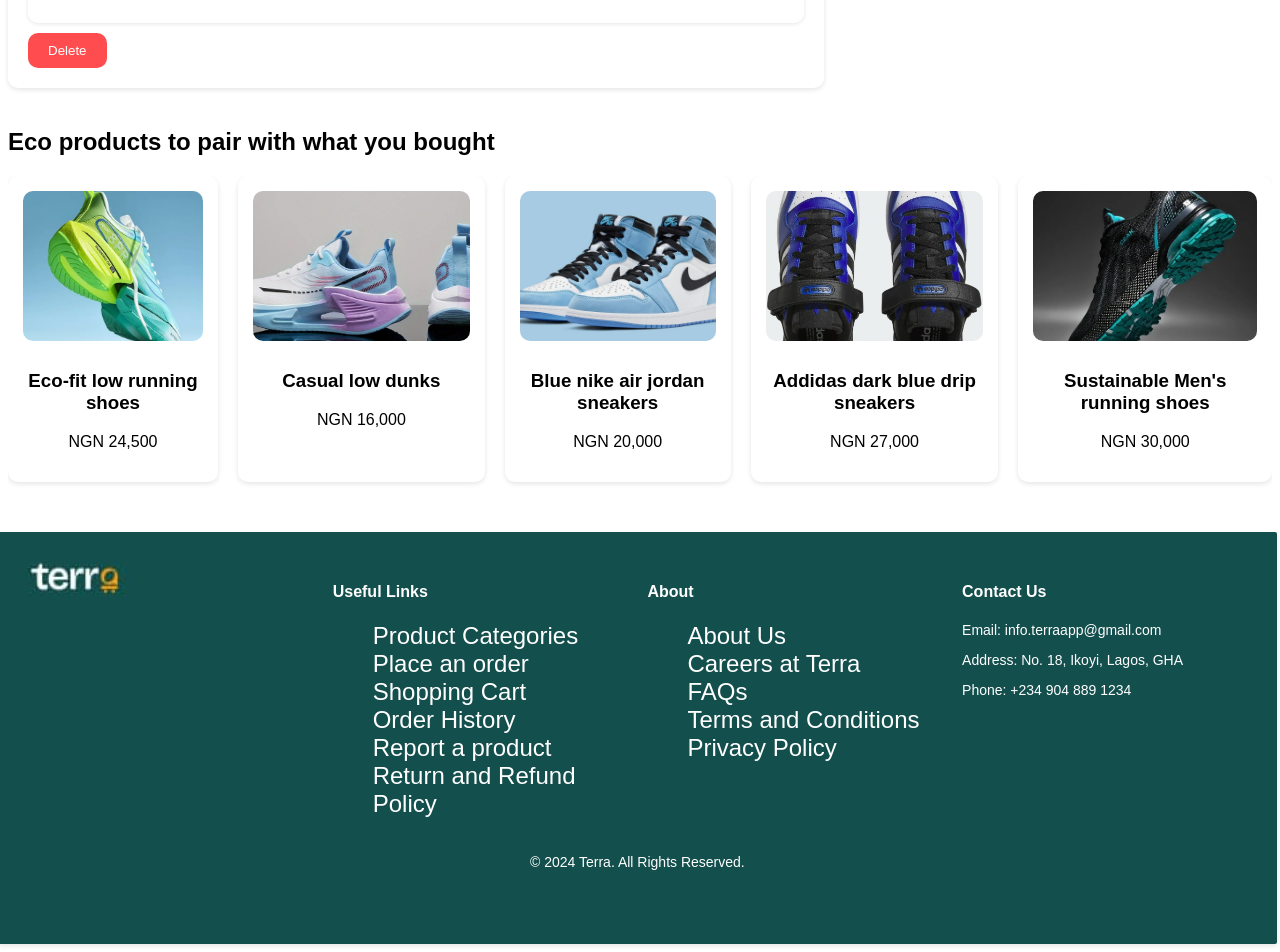
Repository: Femi007-gh/e-commerce
Page: index.html
The author's editor kept a copy of each file at every save. The page is drawn from the files as they stood at one save, then again after the next save.
The browser window is 1280 px wide. The pictures show the part of the page from y = 1208 to 2160 px (the page is 2160 px tall).
A picture or video elsewhere on the page could not be fetched, so the positions and the page height are approximate.

Above is the page before, as saved 2025-04-29 12:22:34.

### index.html
<html>
    <head>
      <title>Shopping Cart Page</title>
      <link rel="stylesheet" href="style.css">
    </head>
  <body>
    <header>
    <div class="div1">
<div class="top-bar">
  <div class="left">
    <div class="dropdown">
      <button class="dropbtn">Help</button>
    </div>
    <div class="dropdown">
      <button class="dropbtn">English ▼</button>
      <div class="dropdown-content">
        <a href="#">English</a>
        <a href="#">Japanese</a>
        <a href="#">Korean</a>
      </div>
    </div>
  </div>
  <div class="right">
    <div class="dropdown">
      <button class="dropbtn">Nigeria ▼</button>
      <div class="dropdown-content">
        <a href="#">Nigeria</a>
        <a href="#">USA</a>
        <a href="#">China</a>
        </div>
      </div>
     </div>
   </div>
  </div>

<nav class="nav-bar">
  <div class="logo"><img src="terra.jpg" class="ter"></div>
  <div class="search-bar">
    <input type="text" placeholder="Search products, categories, and brands">
    <button>Search</button>
  </div>
  <div class="nav-icons">
    <img src="account.jpg"><a href="#">Account</a>
    <img src="category.jpg"><a href="#">Categories</a>
    <img src="cart.png" class="cat"><a href="#">Cart</a>
  </div>
</nav>


<main class="cart-page">
  <section class="cart-section">
    <h2>Cart items</h2>

    <div class="cart-items">
      <div class="cart-item">
        <input type="checkbox">
        <img src="glass.jpg" alt="Retro Chic Eye Sunglasses">
        <div class="item-details">
          <h3>2023 Retro Chic Eye Sunglasses</h3>
          <p class="price">NGN 2,500</p>
          <p class="stock in-stock">In Stock</p>
        </div>
        <div class="item-quantity">
          <button class="minus">-</button>
          <span>1</span>
          <button>+</button>
        </div>
      </div>
      </div>

      <div class="cart-item">
        <input type="checkbox">
        <img src="roll.jpg" alt="Ruby plated facial roller blade">
        <div class="item-details">
          <h3>Ruby plated facial roller blade</h3>
          <p class="price">NGN 6,000</p>
          <p class="stock low-stock">Only 5 left</p>
        </div>
        <div class="item-quantity">
          <button class="minus">-</button>
          <span>1</span>
          <button>+</button>
        </div>
      </div>

      <div class="cart-item">
        <input type="checkbox">
        <img src="bamboo.jpeg" alt="Bamboo made side pouch satchel">
        <div class="item-details">
          <h3>Bamboo made side pouch satchel</h3>
          <p class="price">NGN 25,500</p>
          <p class="stock in-stock">In Stock</p>
        </div>
        <div class="item-quantity">
          <button class="minus">-</button>
          <span>1</span>
          <button>+</button>
        </div>
      </div>

      <button class="delete-btn">Delete</button>
    </div>
  </section>




<aside class="cart-summary">
  <h2>Cart Total</h2>
  <p>Total items: 3 items</p>
  <p>Sub Total: NGN 1,000</p>
  <p class="total">Total: NGN 34,000</p>
  <button class="checkout-btn">Proceed to Checkout</button>
</aside>
</main>

<section class="recommendation-section">
  <h2>Eco products to pair with what you bought</h2>

  <div class="recommendations">
    <div class="product">
      <img src="low.jpg" alt="Eco-fit low running shoes">
      <h3>Eco-fit low running shoes</h3>
      <p>NGN 24,500</p>
    </div>
    <div class="product">
      <img src="girl.jpg" alt="Casual low dunks">
      <h3>Casual low dunks</h3>
      <p>NGN 16,000</p>
    </div>
    <div class="product">
      <img src="nike.jpg" alt="Black Love themed bamboo high tops">
      <h3>Blue nike air jordan sneakers</h3>
      <p>NGN 20,000</p>
    </div>
    <div class="product">
      <img src="adidas.jpg" alt="White Love themed bamboo high tops">
      <h3>Addidas dark blue drip sneakers</h3>
      <p>NGN 27,000</p>
    </div>
    <div class="product">
      <img src="men.jpg" alt="Sustainable Men's running shoes">
      <h3>Sustainable Men's running shoes</h3>
      <p>NGN 30,000</p>
    </div>
  </div>
</section>

<footer class="footer">
  <div class="footer-top">
    <div class="footer-logo"><img src="a.jpg"></div>
    <div class="footer-links">
      <h4>Useful Links</h4>
      <ul>
        <li><a href="#">Product Categories</a></li>
        <li><a href="#">Place an order</a></li>
        <li><a href="#">Shopping Cart</a></li>
        <li><a href="#">Order History</a></li>
        <li><a href="#">Report a product</a></li>
        <li><a href="#">Return and Refund Policy</a></li>
      </ul>
    </div>
    <div class="footer-about">
      <h4>About</h4>
      <ul>
        <li><a href="#">About Us</a></li>
        <li><a href="#">Careers at Terra</a></li>
        <li><a href="#">FAQs</a></li>
        <li><a href="#">Terms and Conditions</a></li>
        <li><a href="#">Privacy Policy</a></li>
      </ul>
    </div>
    <div class="footer-contact">
      <h4>Contact Us</h4>
      <p>Email: info.terraapp@gmail.com</p>
      <p>Address: No. 18, Ikoyi, Lagos, GHA</p>
      <p>Phone: +234 904 889 1234</p>
    </div>
  </div>

  <div class="footer-bottom">
    <p>&copy; 2024 Terra. All Rights Reserved.</p>
  </div>
</footer>
  </body>
</html>

### style.css
body{
  font-family: Arial;
}
.div1{
  background-color: #595959;
  width: 101%;
  height: 50px;
  margin-left: -10px;
  margin-top: -10px;
}
.top-bar {
  background-color:  #595959;
  color: white;
  padding: 10px 20px;
  display: flex;
  justify-content: space-between;
  font-size: 14px;
}

.top-bar .left, .top-bar .right {
  display: flex;
  align-items: center;
}

.dropdown {
  position: relative;
  margin-right: 20px;
}

.dropbtn {
  background: none;
  border: none;
  color: white;
  cursor: pointer;
  font-size: 14px;
}

.dropdown-content {
  display: none;
  position: absolute;
  background-color: white;
  color:  #595959;
  min-width: 100px;
  border-radius: 5px;
  box-shadow: 0px 8px 16px rgba(0,0,0,0.2);
  z-index: 1;
}

.dropdown-content a {
  padding: 8px 12px;
  display: block;
  text-decoration: none;
  color: black;
}

.dropdown-content a:hover {
  background-color: #f1f1f1;
}

.dropdown:hover .dropdown-content {
  display: block;
}

.nav-icons a {
  margin-left: 20px;
  text-decoration: none;
  color: #333;
  font-weight: 600;
}


/* Nav bar */
.nav-bar {
  display: flex;
  justify-content: space-between;
  align-items: center;
  background: white;
  padding: 15px 20px;
  margin-bottom: 20px;
  border-radius: 10px;
}

.nav-bar .logo {
  font-weight: 700;
  font-size: 24px;
}

.search-bar {
  flex: 1;
  margin: 0 20px;
  display: flex;
}

.search-bar input {
  flex: 1;
  padding: 8px 12px;
  border: 1px solid #ccc;
  border-right: none;
  border-radius: 10px 0 0 10px;
  height: 40px;
}

.search-bar button {
  padding: 8px 20px;
  background-color: orange;
  color: white;
  border: none;
  border-radius: 0 10px 10px 0;
  cursor: pointer;
}

.nav-icons a {
  margin-left: 20px;
  text-decoration: none;
  color: #333;
}



/* Cart summary */
.cart-summary {
  flex: 1;
  background: white;
  padding: 20px;
  border-radius: 10px;
  box-shadow: 0 2px 5px rgba(0,0,0,0.1);
  height: fit-content;
}

.cart-summary h2 {
  margin-bottom: 20px;
}

.cart-summary p {
  margin-bottom: 10px;
}

.cart-summary .total {
  font-weight: bold;
  font-size: 18px;
  margin: 20px 0;
}

.checkout-btn {
  background-color: orange;
  color: white;
  width: 100%;
  padding: 12px;
  border: none;
  border-radius: 10px;
  cursor: pointer;
  font-size: 16px;
}


/* Cart page */
.cart-page {
  display: flex;
  gap: 20px;
  margin-bottom: 40px;
}

.cart-section {
  flex: 2;
  background: white;
  padding: 20px;
  border-radius: 10px;
  box-shadow: 0 2px 5px rgba(0,0,0,0.1);
}

.cart-section h2 {
  margin-bottom: 20px;
}

.cart-items {
  display: flex;
  flex-direction: column;
  gap: 20px;
}

.cart-item {
  display: flex;
  align-items: center;
  gap: 20px;
  background: white;
  padding: 15px;
  border-radius: 10px;
  box-shadow: 0 1px 4px rgba(0,0,0,0.1);
}

.cart-item img {
  width: 80px;
  height: 80px;
  object-fit: cover;
  border-radius: 10px;
}

.item-details {
  flex: 1;
}

.item-details h3 {
  margin-bottom: 5px;
}

.item-details .price {
  font-weight: bold;
  margin-bottom: 5px;
}

.item-details .stock {
  font-size: 13px;
}

.stock.in-stock {
  color: green;
}

.stock.low-stock {
  color: orange;
}

.quantity-controls span {
  font-size: 18px;
}

.delete-btn {
  background: #ff4d4f;
  color: white;
  padding: 10px 20px;
  border: none;
  border-radius: 10px;
  cursor: pointer;
  margin-top: 10px;
}



.item-quantity {
  display: flex;
  align-items: center;
}

.item-quantity button {
  background-color: orange;
  border: none;
  padding: 10px 20px;
  margin: 0 0.5rem;
  border-radius: 10px;
}

.delete-cart {
  text-align: right;
  margin-top: 1rem;
}

.ter {
  height: 100px;
  width: 120px;
  margin-left: -30px;
}

/* Recommendation section */
.recommendation-section {
  margin-bottom: 40px;
}

.recommendation-section h2 {
  margin-bottom: 20px;
}

.recommendations {
  display: flex;
  gap: 20px;
  overflow-x: auto;
}

.product {
  background: white;
  padding: 15px;
  border-radius: 10px;
  box-shadow: 0 2px 5px rgba(0,0,0,0.1);
  min-width: 180px;
  text-align: center;
  margin-bottom: 10px;
}

.product img {
  width: 100%;
  height: 150px;
  object-fit: cover;
  margin-bottom: 10px;
  border-radius: 10px;
}

.cat {
  height: 30px;
}

/* Footer */
.footer {
  background: #134F4D;
  padding: 30px 20px;
  border-radius: 2px;
  box-shadow: 0 2px 5px rgba(0,0,0,0.1);
  width: 98%;
  margin-left: -10px;
  height: 50%;
}

.footer-top {
  display: flex;
  flex-wrap: wrap;
  gap: 20px;
  margin-bottom: 20px;
}

.footer-logo {
  flex: 1;
  font-weight: 700;
  font-size: 24px;
}

.footer-links, .footer-about, .footer-contact {
  flex: 1;
  min-width: 200px;
}

.footer-links ul, .footer-about ul {
  list-style: none;
  margin-top: 10px;
}

.footer-links a, .footer-about a {
  text-decoration: none;
  color: white;
  font-size: 14px;
  font-size: 24px
}

.footer-contact p {
  margin-top: 10px;
  font-size: 14px;
  color: white;
}

.footer-bottom {
  text-align: center;
  font-size: 14px;
  color: white;
  margin-top: 10px;
}

h4 {
  color: white;
}

After the next save:
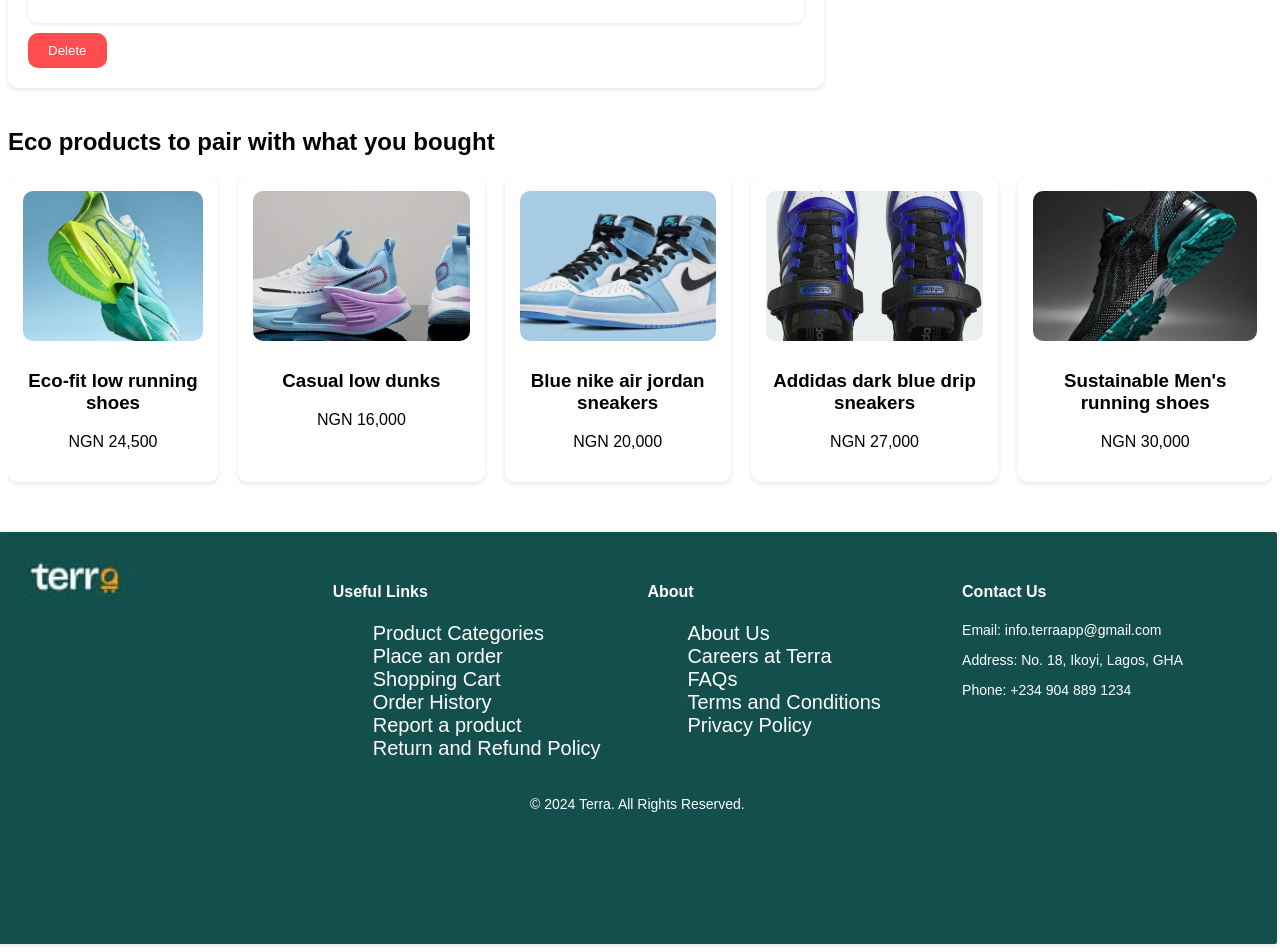
Saved 15 s later.
--- a/style.css
+++ b/style.css
@@ -335,7 +335,7 @@
   text-decoration: none;
   color: white;
   font-size: 14px;
-  font-size: 24px
+  font-size: 20px
 }
 
 .footer-contact p {
